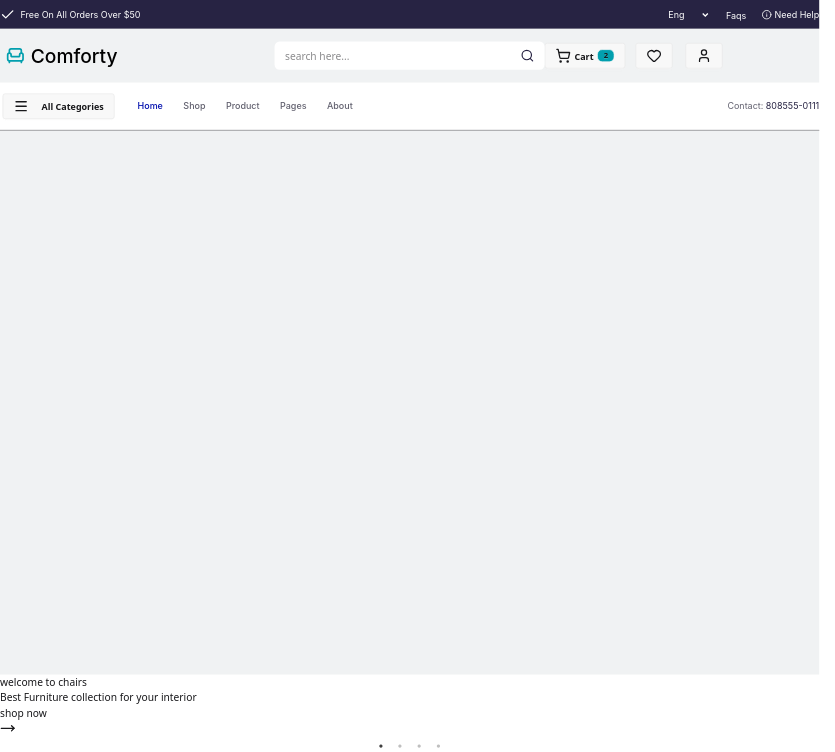
Repository: Neda0o0/store-template-website
Page: /
These files come from the project's save history. The page is drawn as it stood at one moment and after the next save; the edit follows.
The browser window is 1280 px wide. The page is 1305 px wide, so the pictures cover 1305 px, including what lies to the right of the window. The pictures show the whole page, at 64% of full size.
The project was rebuilt for these pictures with package versions that can differ from the ones it lists, and the page was loaded fresh each time. Also part of the build but not shown: vite.config.js, src/Pages/Auth/Auth.jsx, src/Pages/Auth/Login/Login.jsx, src/Pages/Auth/Register/Register.jsx, src/Pages/Error/Error.jsx, src/AuthCheck/AuthCheck.jsx.

Above is the page before, as saved 2025-10-21 13:51:43.

After the next save:
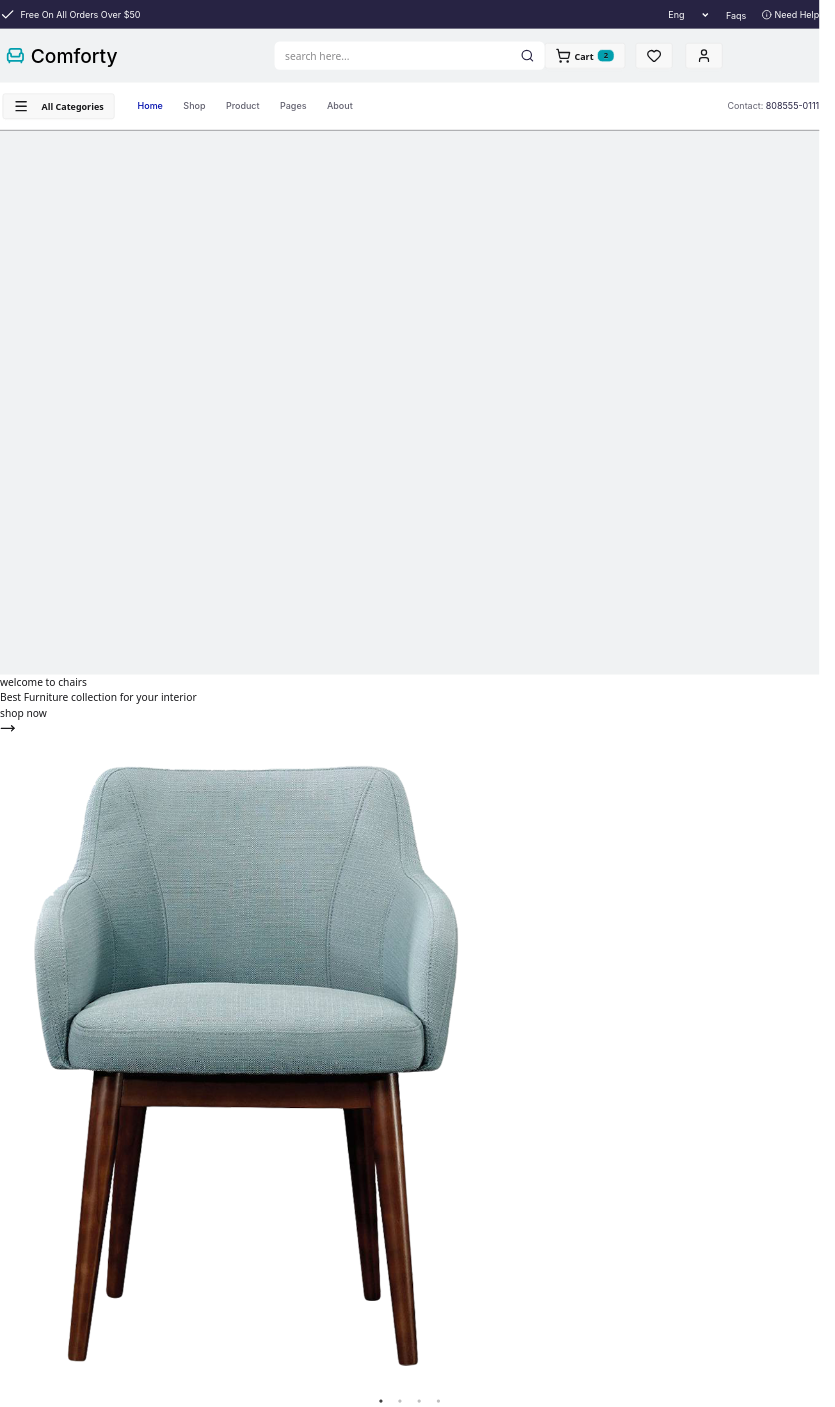
Saved 92 min 30 s later.
--- a/src/components/Banner/Banner.jsx
+++ b/src/components/Banner/Banner.jsx
@@ -51,6 +51,10 @@ const Banner = () => {
                   shop now <MoveRight />
                 </button>
               </div>
+              {/* banner image */}
+              <div className="banner_image">
+                <img src={product?.image} alt={product?.title} />
+              </div>
             </div>
           ))}
         </Slider>
